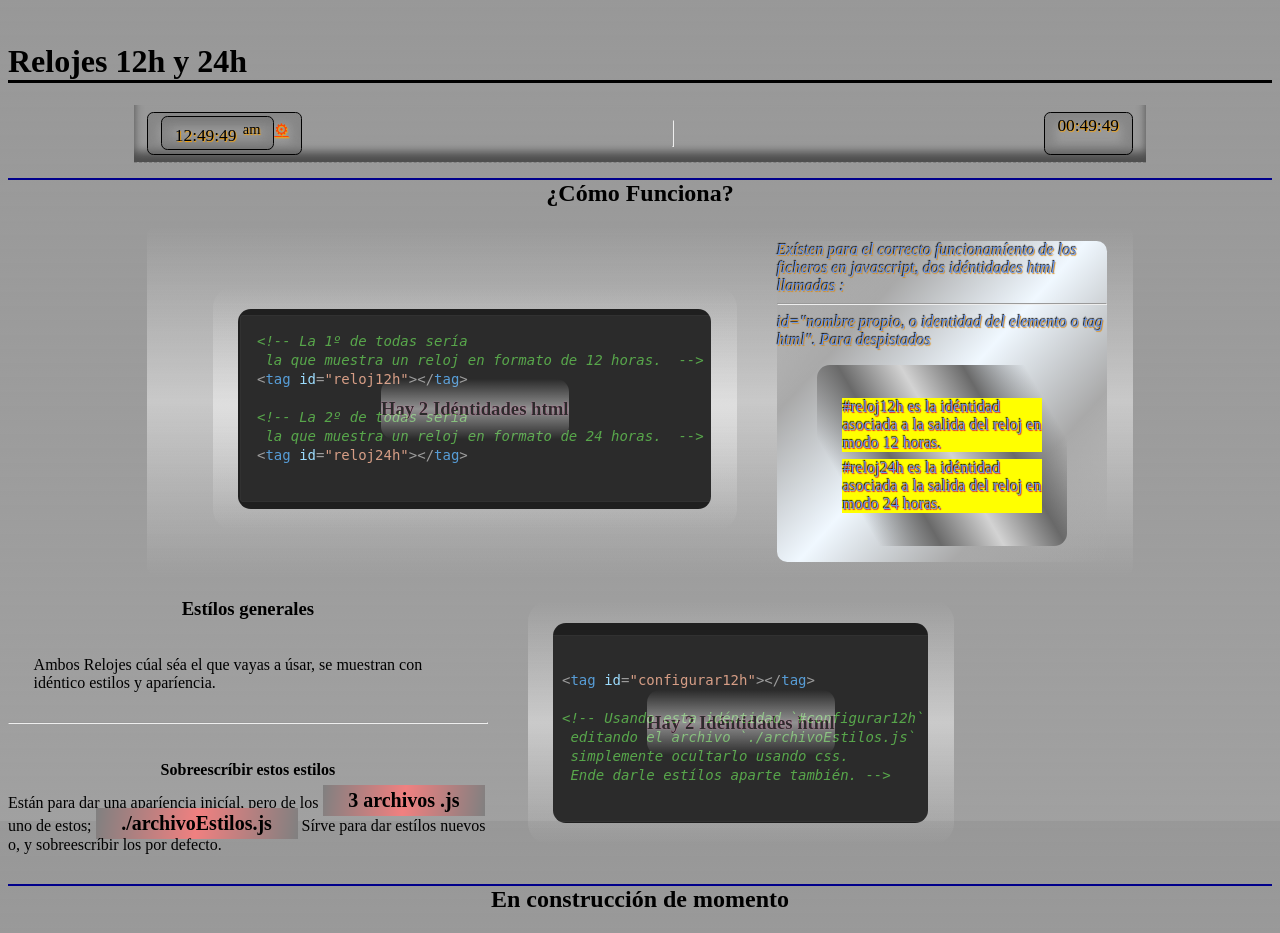
Repository: marcostonfor/clocks
Page: index.html
An editor plug-in stored every save of this project. The page is shown before and after a run of saves, followed by the edit.
The browser window is 1280 px wide. The pictures show the whole page.

Above is the page before, as saved 2024-09-19 01:23:35.

After the next 2 saves:
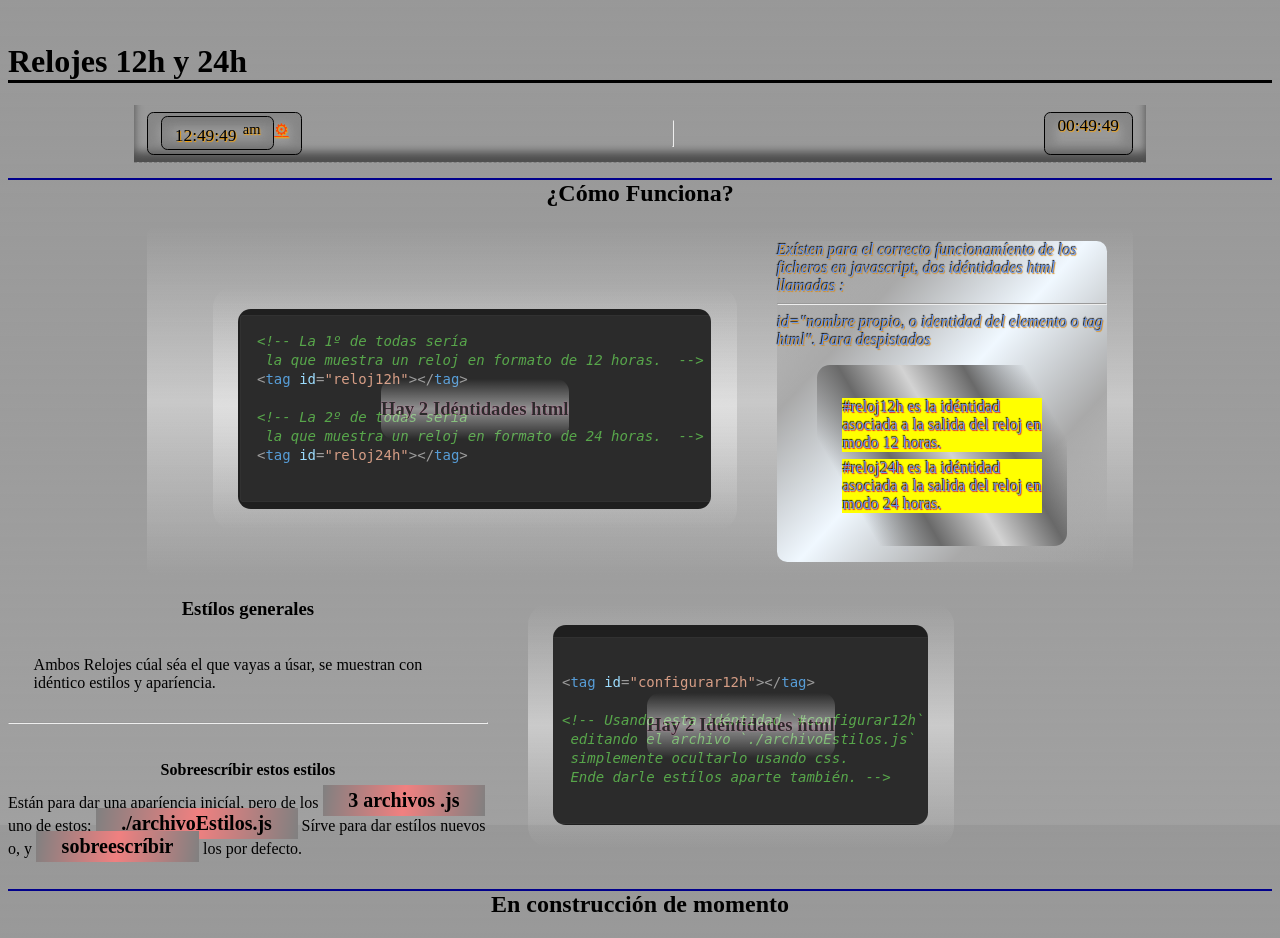
The 2 saves are shown as one change because they came seconds apart.
The last was saved 9 s later.
--- a/index.html
+++ b/index.html
@@ -182,7 +182,7 @@
                     Ambos Relojes cúal séa el que vayas a úsar, se muestran con idéntico estilos y aparíencia. <br><hr><br><strong class="hache3">Sobreescríbir estos estilos</strong>
                     Están para dar una aparíencia inicíal, pero de los <span class="code_md">3 archivos .js</span> uno de estos;
 
-                    <span class="code_md">./archivoEstilos.js</span> Sírve para dar estílos nuevos o, y <span>sobreescríbir</span> los por defecto.
+                    <span class="code_md">./archivoEstilos.js</span> Sírve para dar estílos nuevos o, y <span class="code_md">sobreescríbir</span> los por defecto.
                 </p>
             </article>
             <article class="conFoto">
